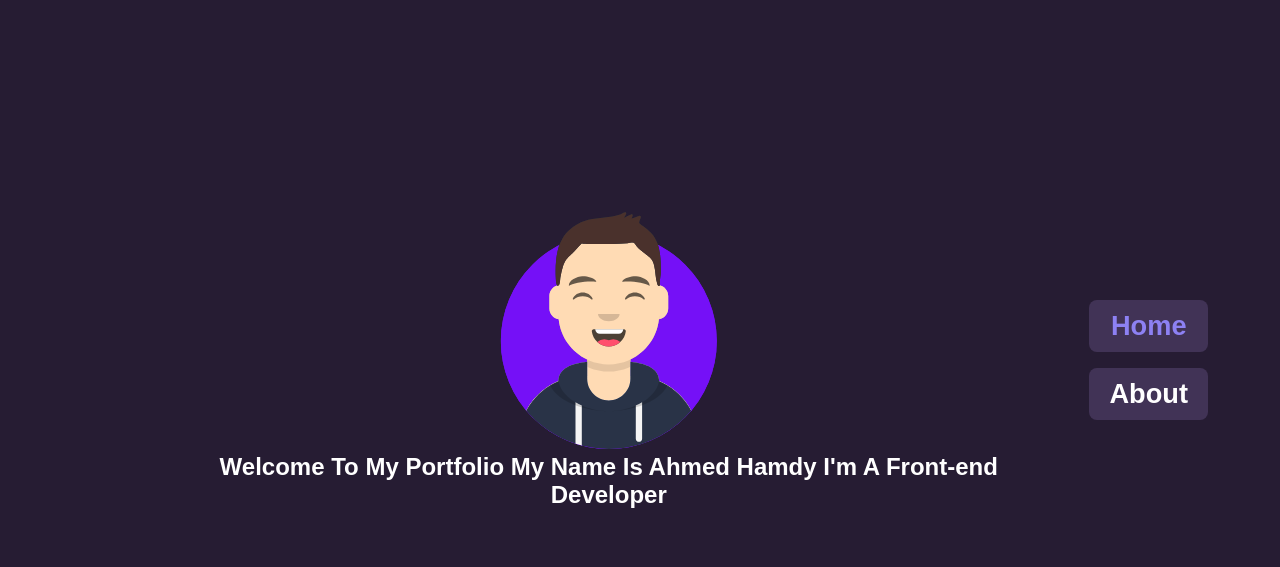
Repository: ahamdy997/portfolio
Page: /
An editor plug-in stored every save of this project. The page is shown before and after the next save, followed by the edit.
The browser window is 1280 px wide. The pictures show the whole page.
The project was rebuilt for these pictures with package versions that can differ from the ones it lists, and the page was loaded fresh each time. Also part of the build but not shown: vue.config.js.

Above is the page before, as saved 2023-11-05 23:14:28.

### src/App.vue
<template>
  <div class="flex">
    <router-view />
    <header>
      <nav>
        <router-link to="/">Home</router-link>
        <router-link to="/about">About</router-link>
      </nav>
    </header>
  </div>
</template>

<style>
* {
  box-sizing: border-box;
  padding: 0;
  margin: 0;
}
#app {
  width: 100%;
  height: 100vh;
  display: flex;
  align-items: center;
  justify-content: space-between;
  text-align: center;
}
.flex {
  display: flex;
  align-items: center;
  justify-content: space-between;
  padding: 3rem;
  gap: 5rem;
  width: 100%;
}
header {
  font-size: 1.7rem;
}

nav {
  text-align: center;
  display: flex;
  flex-direction: column;
  gap: 1rem;
  margin-right: 1.5rem;
}
body {
  font-family: sans-serif;
  background: #261c33;
  color: #fff;
}
nav a {
  font-weight: bold;
  color: #fff;
  text-decoration: none;
  border-radius: 8px;
  background-color: #56447092;
  padding: 10px 20px;
}
a:hover {
  color: rgba(137, 147, 200, 0.7);
}

nav a.router-link-exact-active {
  color: #8d81f3;
}
</style>

### src/views/HomeView.vue
<template>
  <div class="home">
    <HelloWorld msg="Welcome to Your Vue.js App" />
  </div>
</template>

<script>
// @ is an alias to /src
import HelloWorld from "@/components/HelloWorld.vue";

export default {
  name: "HomeView",
  components: {
    HelloWorld,
  },
};
</script>

### src/components/HelloWorld.vue
<template>
  <div class="hello">
    <img src="../assets/mf-avatar.svg" alt="happy person" />
    <h2>
      Welcome To My Portfolio My Name Is Ahmed Hamdy I'm A Front-end Developer
    </h2>
  </div>
</template>

<script>
export default {
  name: "HelloWorld",
};
</script>

<!-- Add "scoped" attribute to limit CSS to this component only -->
<style scoped>
.hello {
  margin: auto;
  margin-left: 10rem;
}
a {
  color: #42b983;
}
</style>

Loaded but not shown: public/index.html (common file); src/main.js (common file); src/router/index.js (common file)

After the next save:
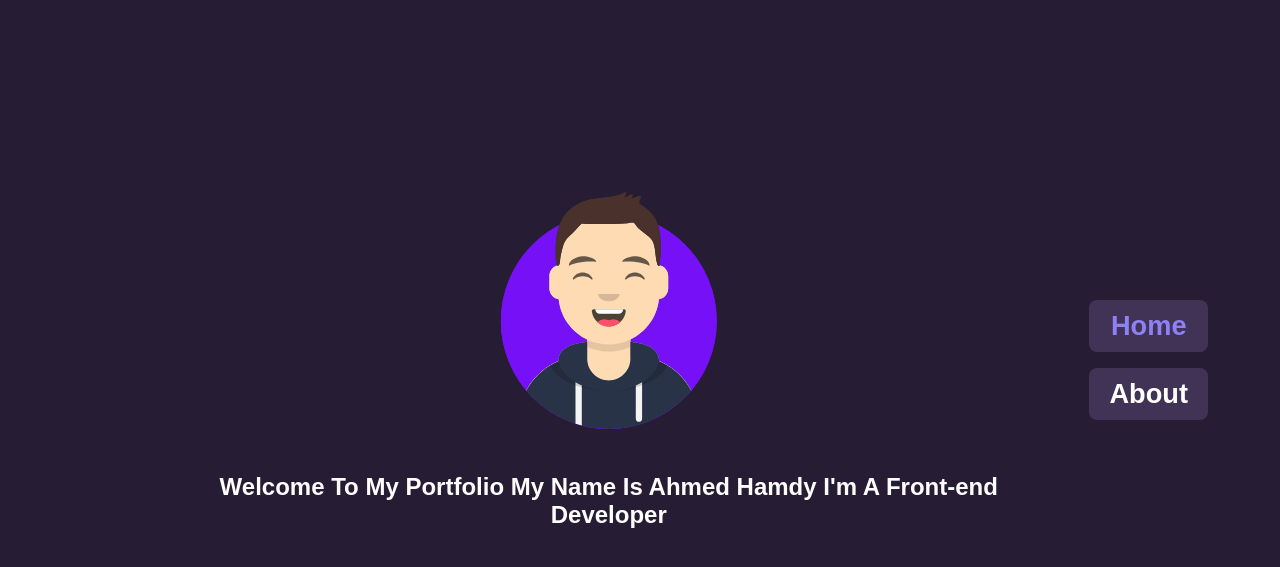
Saved 8 s later.
--- a/src/components/HelloWorld.vue
+++ b/src/components/HelloWorld.vue
@@ -22,4 +22,7 @@ export default {
 a {
   color: #42b983;
 }
+img {
+  margin-bottom: 40px;
+}
 </style>
